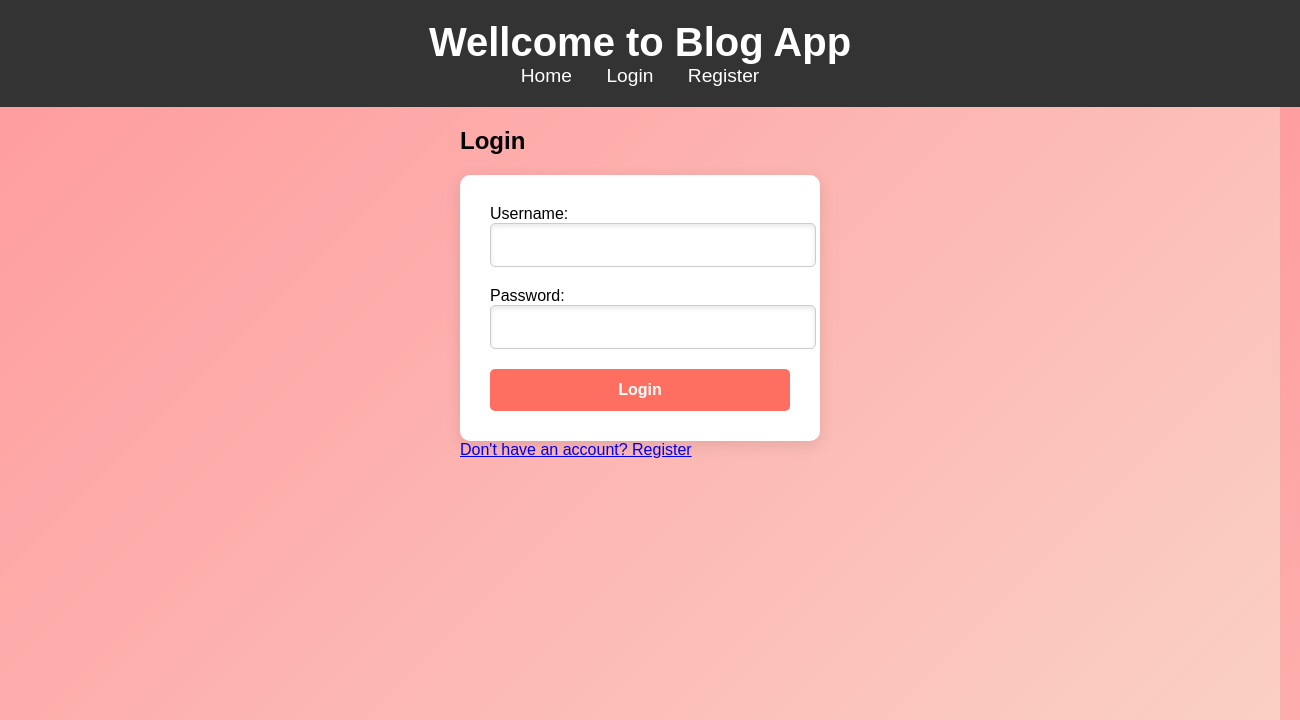
Repository: kapucuonur/blog_App
Page: users/templates/users/login.html
The author's editor kept a copy of each file at every save. The page is drawn from the files as they stood at one save, then again after the next save.
The browser window is 1280 px wide. The page is 1300 px wide, so the pictures cover 1300 px, including what lies to the right of the window. The pictures show the whole page.
The template is drawn by Django 4.2. The application's start-up code is not run. The template is opened directly, without the code that normally fills it, so the values that code supplies are empty.

Above is the page before, as saved 2025-01-28 13:18:41.

After the next save:
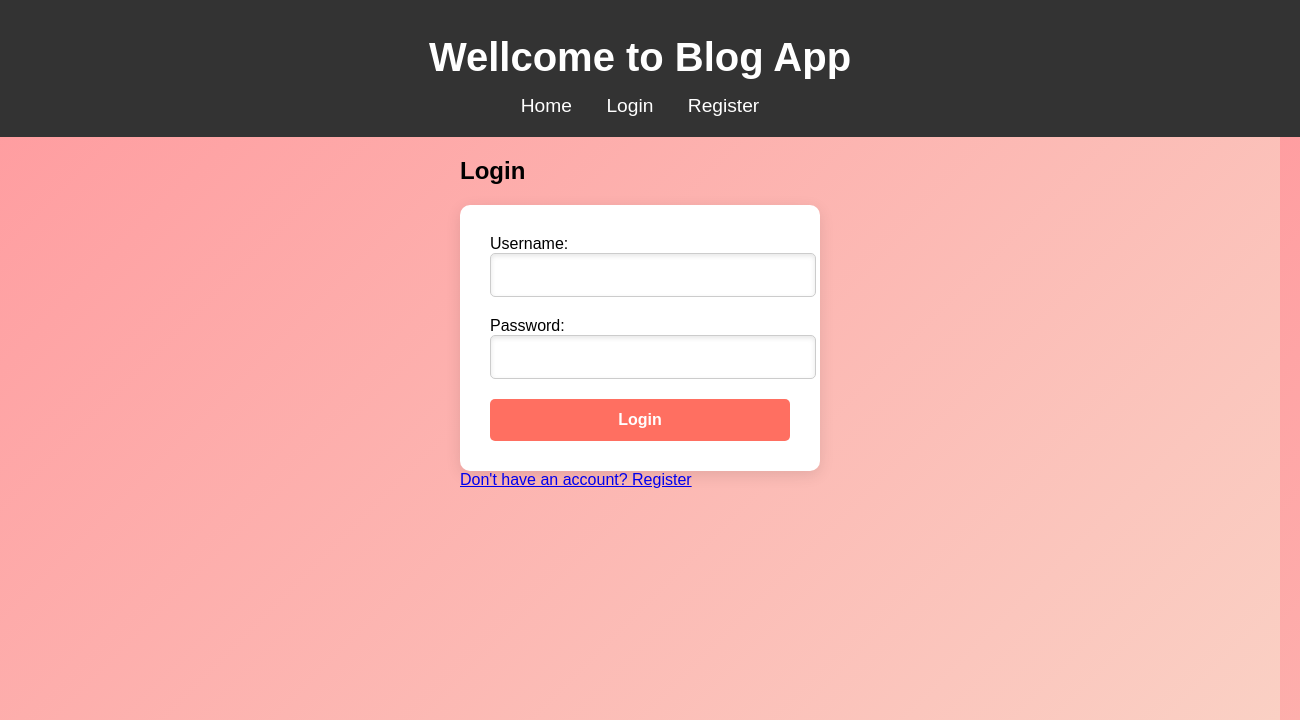
Saved 31 s later.
--- a/static/css/styles.css
+++ b/static/css/styles.css
@@ -32,8 +32,7 @@ header {
 }
 
 header h1 {
-    margin-left: 10px;
-    margin: 0;
+    margin: 15px;
     font-size: 2.5rem;
 }
 
